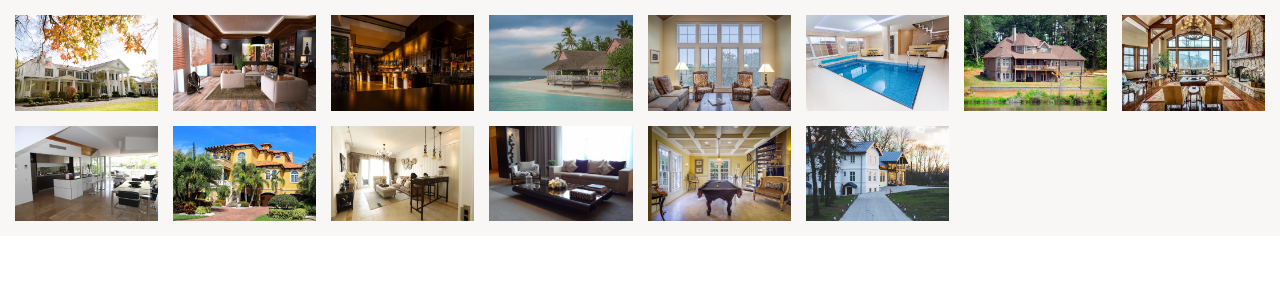
Repository: mikitran721/CSS3
Page: index.html
An editor plug-in stored every save of this project. The page is shown before and after the next save, followed by the edit.
The browser window is 1280 px wide. The pictures show the whole page.

Above is the page before, as saved 2023-06-18 03:48:19.

After the next save:
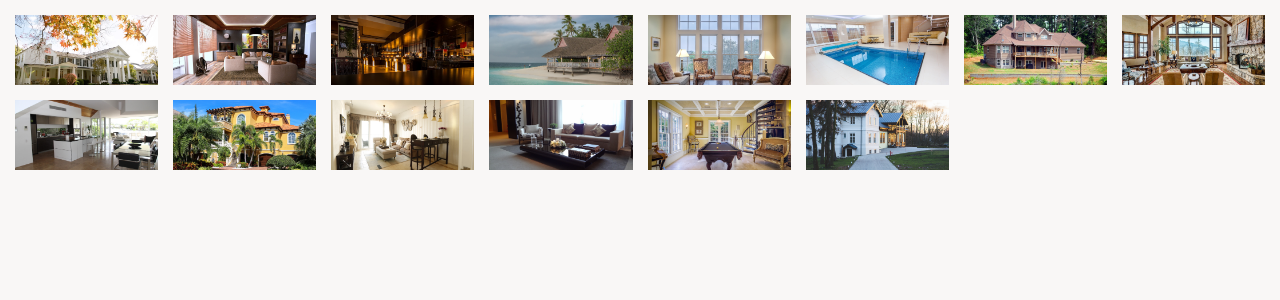
Saved 31 s later.
--- a/style.css
+++ b/style.css
@@ -148,6 +148,7 @@ html {
   grid-gap: 1.5rem;
   display: grid;
   grid-template-columns: repeat(8, 1fr);
+  grid-template-rows: repeat(7, 7rem);
 }
 
 .gallery__img {
